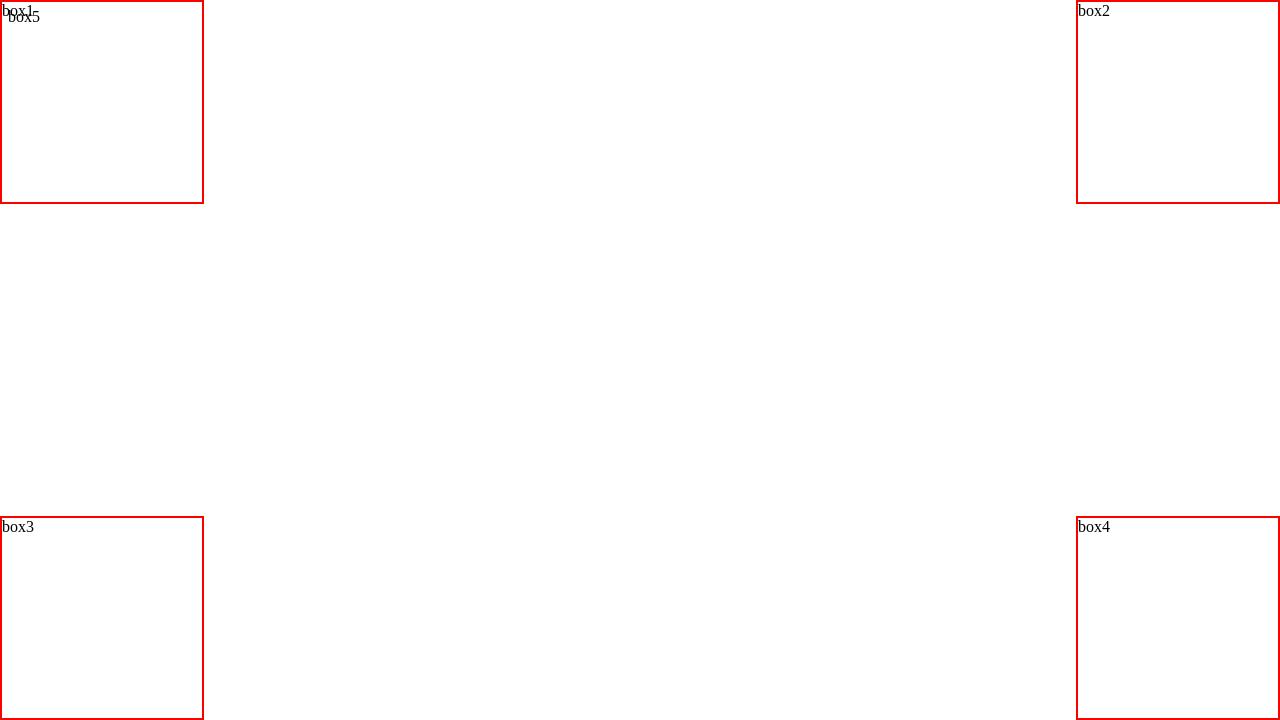
Repository: ABDUSALIMSUBAHIELBASHI/full-html-css-js
Page: Desktop/coding/css/index.html
An editor plug-in stored every save of this project. The page is shown before and after the next save, followed by the edit.
The browser window is 1280 px wide. The pictures show the whole page.

Above is the page before, as saved 2025-09-16 08:53:19.

After the next save:
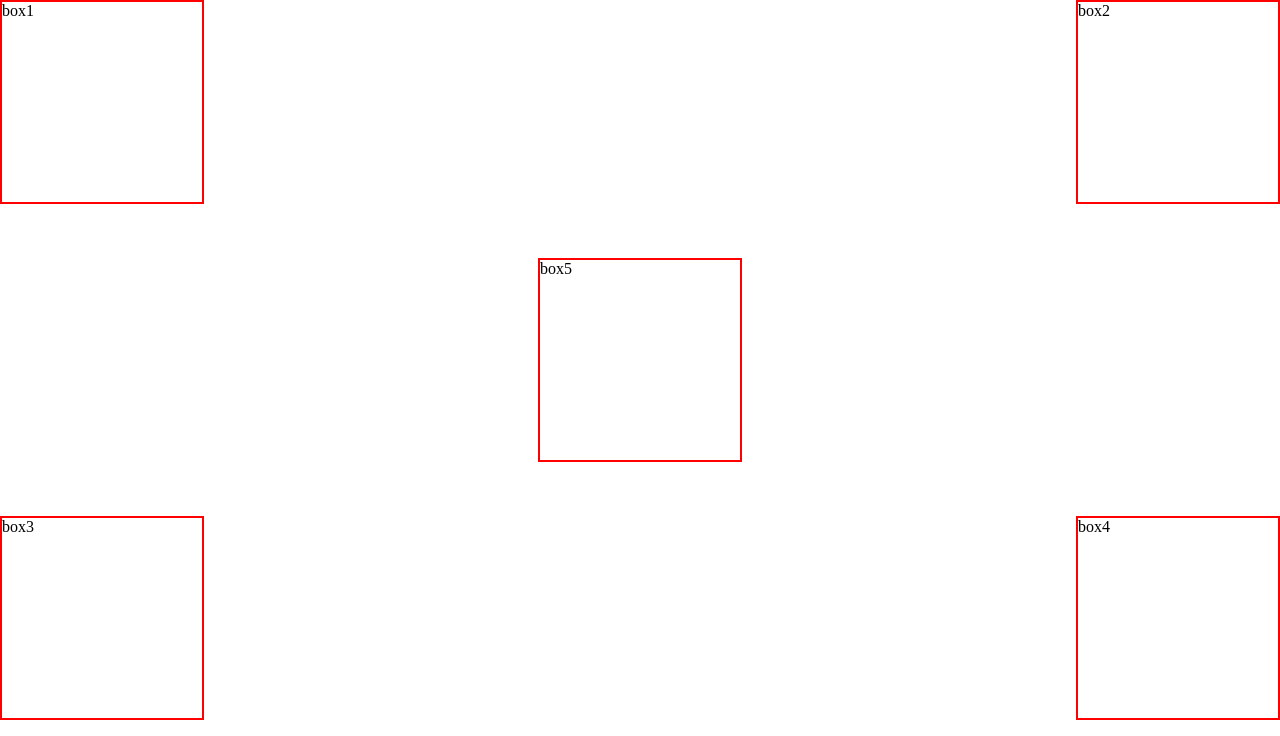
Saved 116 s later.
--- a/Desktop/coding/css/index.html
+++ b/Desktop/coding/css/index.html
@@ -2,6 +2,9 @@
 <html lang="en">
 <head>
     <style>
+        .container{
+            height: 100vh;
+        }
         .box1{
            width: 200px;
            height:200px ;
@@ -34,6 +37,15 @@
            right: 0px;
            bottom: 0px;
         }
+             .box5{
+           width: 200px;
+           height:200px ;
+           border: 2px solid red;
+           position: absolute;
+           top: 50%;
+          left: 50%;
+          transform: translate(-50%, -50%);
+        }
     </style>
     <meta charset="UTF-8">
     <meta name="viewport" content="width=device-width, initial-scale=1.0">
